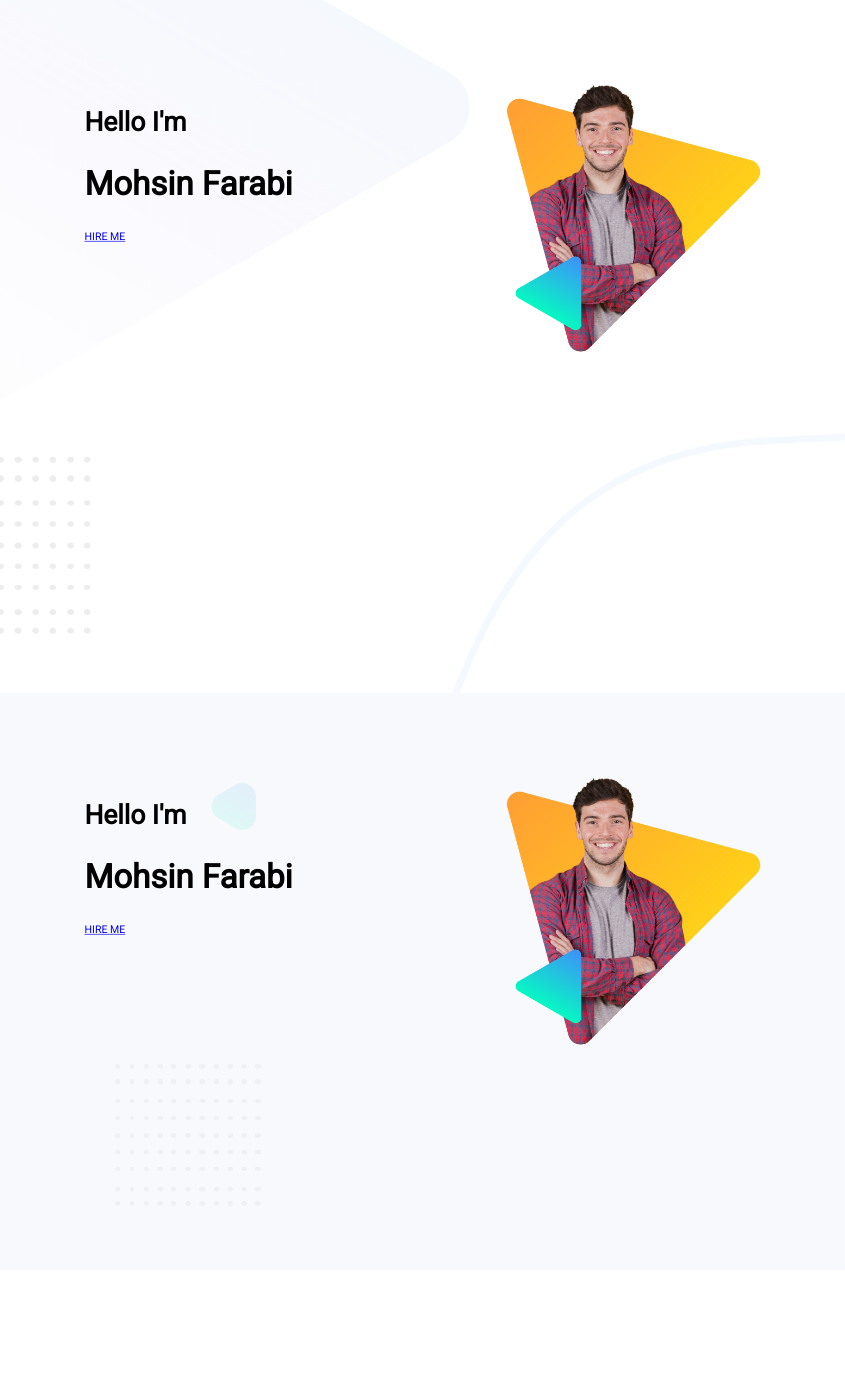
Repository: mohsinfarabi/personal-website
Page: index.html
An editor plug-in stored every save of this project. The page is shown before and after the next save, followed by the edit.
The browser window is 1280 px wide. The pictures show the whole page, at 66% of full size.

Above is the page before, as saved 2020-07-01 02:30:52.

### index.html
<!DOCTYPE html>
<html lang="en">

<head>
    <meta charset="UTF-8">
    <meta name="viewport" content="width=device-width, initial-scale=1.0">
    <link href="https://fonts.googleapis.com/css2?family=Roboto" rel="stylesheet">
    <link rel="stylesheet" href="style.css">
    <title>Farabi - Web Developer</title>
</head>

<body>
    <section class="header-part">
        <div class="half-width">
            <h2>Hello I'm</h2>
            <h1>Mohsin Farabi</h1>
            <a class="link-button" target="_blank" href="https://www.linkedin.com/in/mohsin-farabi-68655040/">HIRE ME</a>
        </div>
        <div class="half-width">
            <img src="images/peter.png" alt="">
        </div>
    </section>
    <section class="biography">
        <div class="half-width">
            <h2>Hello I'm</h2>
            <h1>Mohsin Farabi</h1>
            <a class="link-button" target="_blank" href="https://www.linkedin.com/in/mohsin-farabi-68655040/">HIRE ME</a>
        </div>
        <div class="half-width">
            <img src="images/peter.png" alt="">
        </div>
    </section>


</body>

</html>

### style.css
body {
    margin: 0;
    font-family: 'Roboto', sans-serif;
}

h1 {
    font-size: 50px;
}

h2 {
    font-size: 40px;
}

p {
    color: dimgray;
}

section {
    height: 800px;
    padding-bottom: 250px;
}

.biography {
    background-image: url("images/biography-bg.png");
    background-repeat: no-repeat;
}

.header-part {
    background-image: url("images/header-bg.png");
    background-repeat: no-repeat;
}

.half-width {
    width: 30%;
    float: left;
    margin: 5%;
    padding: 5%;
}

.half-width img {
    width: 100%;
}

After the next save:
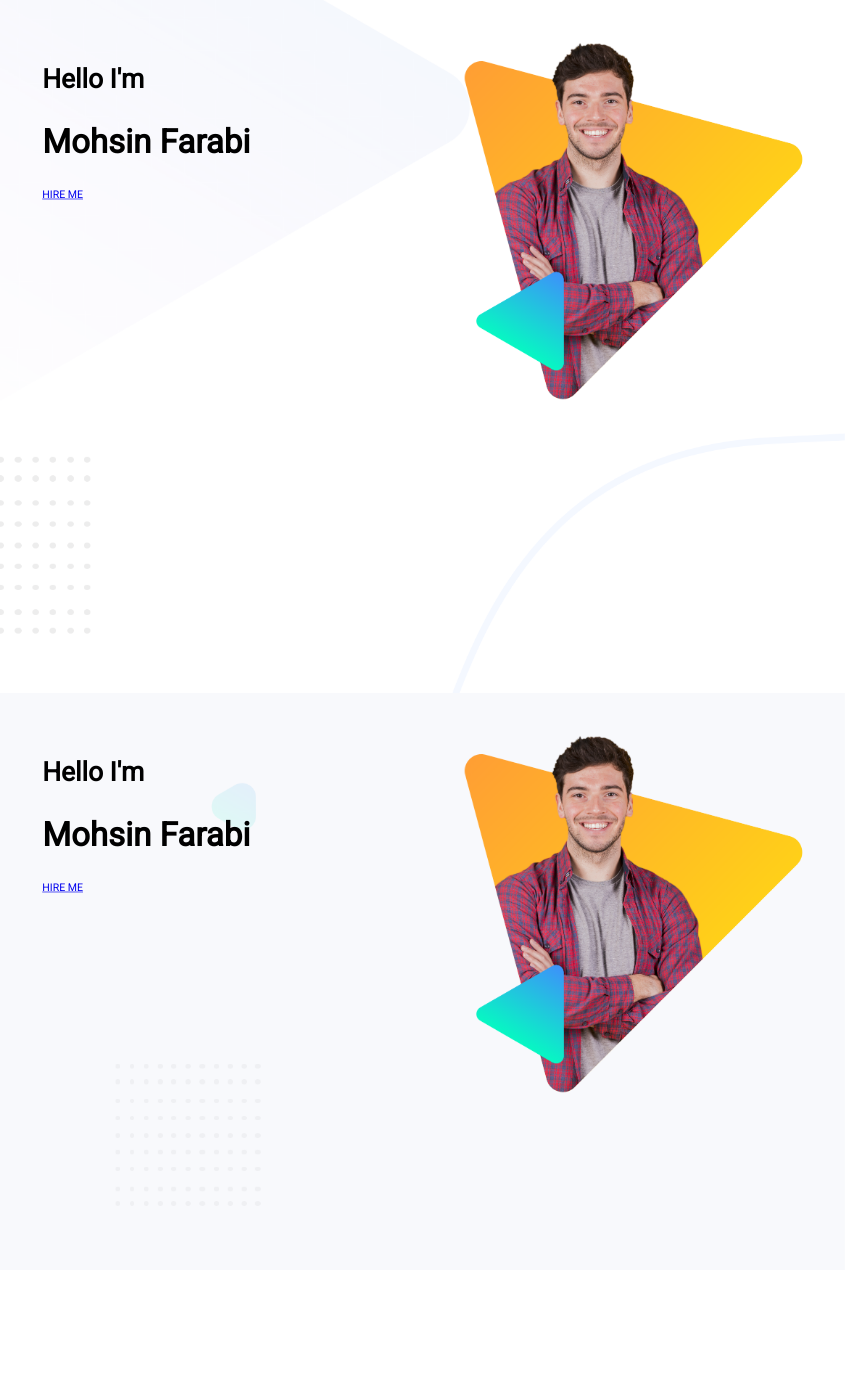
Saved 17 s later.
--- a/style.css
+++ b/style.css
@@ -31,10 +31,9 @@
 }
 
 .half-width {
-    width: 30%;
+    width: 40%;
     float: left;
     margin: 5%;
-    padding: 5%;
 }
 
 .half-width img {
